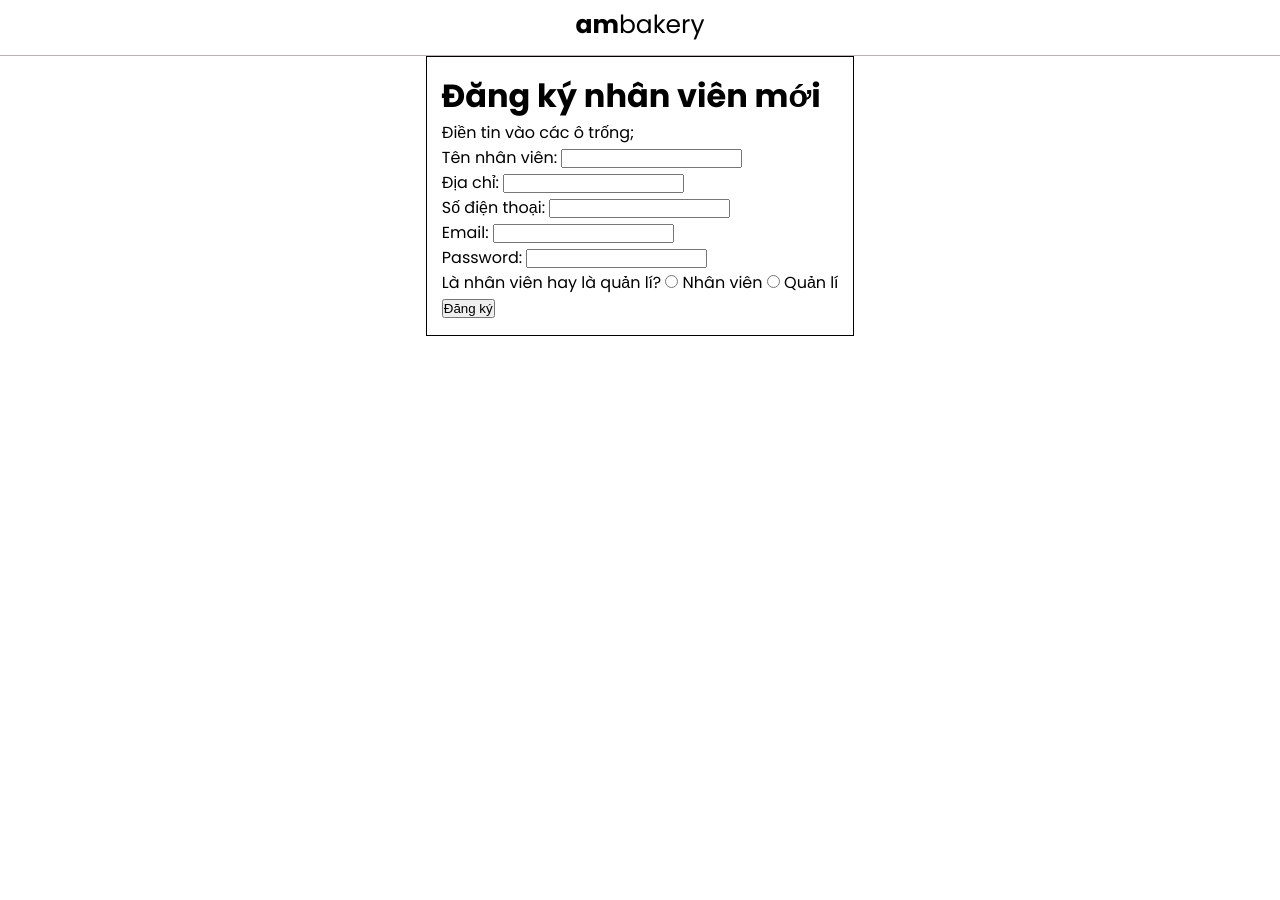
Repository: ntsanq/AmBakery
Page: http://localhost/j2school_Project/admin/dashboard_quanly/form_them_nhanvien.php
An editor plug-in stored every save of this project. The page is shown before and after the next save, followed by the edit.
The browser window is 1280 px wide. The pictures show the whole page.
The page is run by PHP 8.4 with error messages shown; the project is at /var/www/html/.

Above is the page before, as saved 2021-12-21 22:51:00.

After the next save:
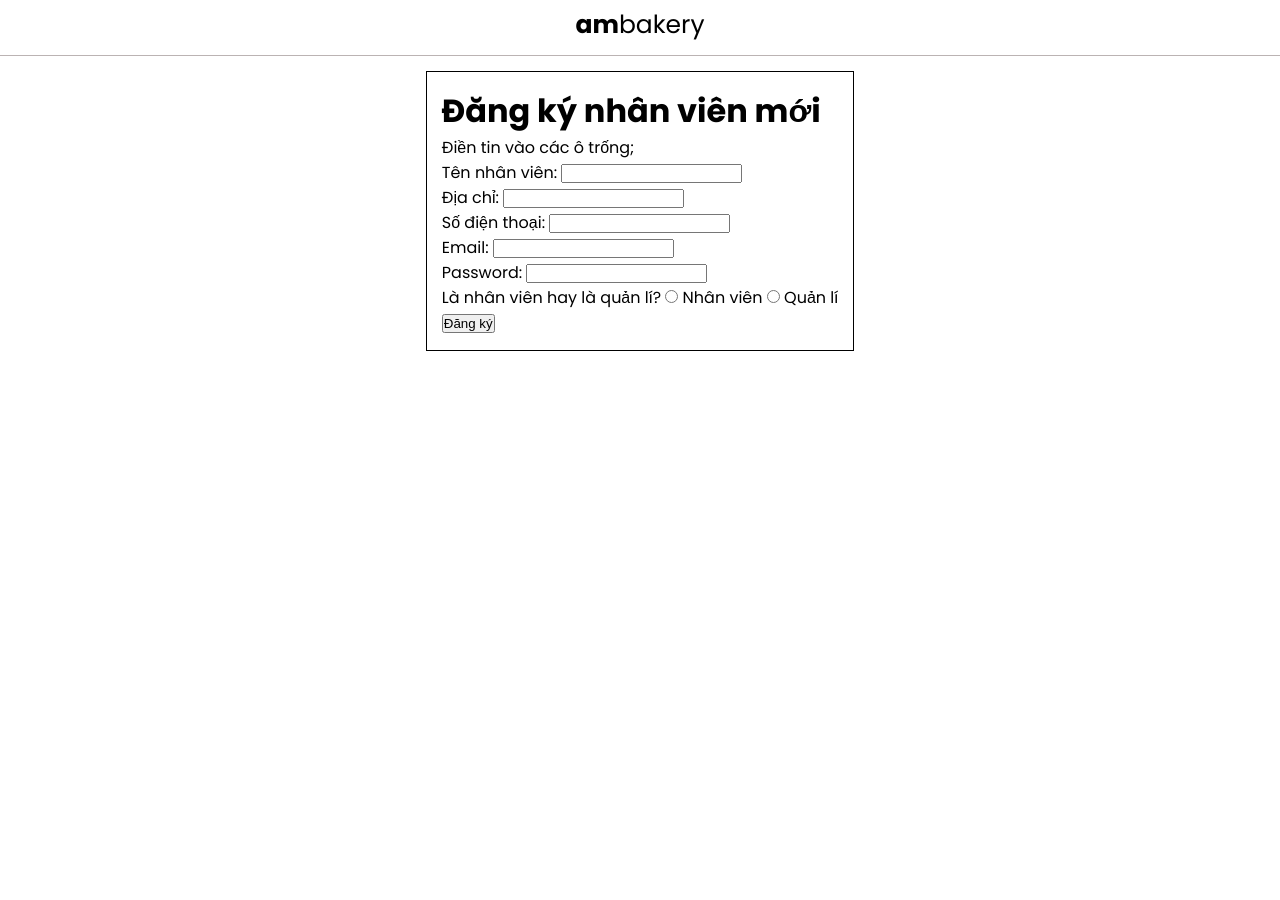
Saved 4 s later.
--- a/admin/dashboard_quanly/css/form.css
+++ b/admin/dashboard_quanly/css/form.css
@@ -45,6 +45,8 @@ p{
   display: flex;
   justify-content: center;
   align-items: center;
+  margin-top: 1.5rem;
+
 }
 .container form{
   margin: 0 auto;
